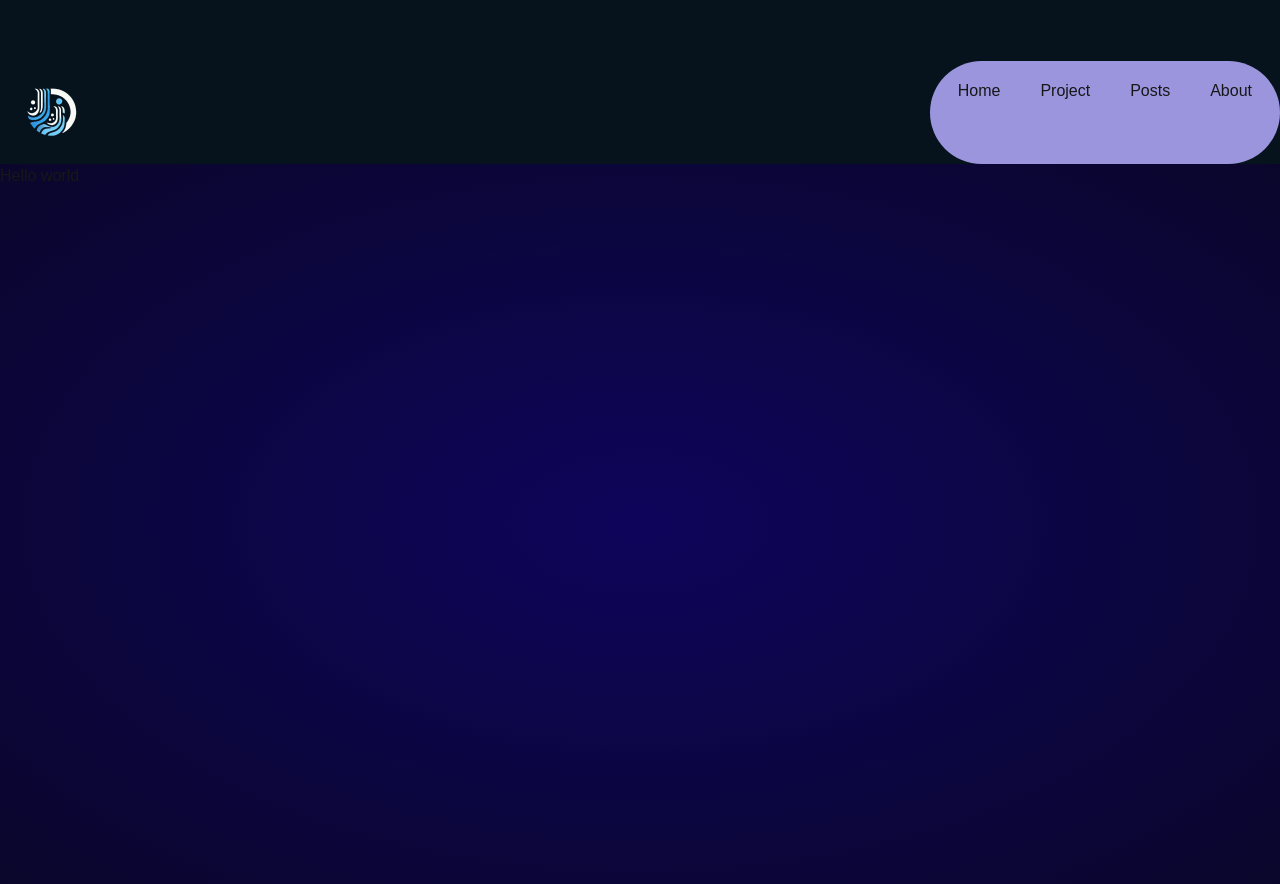
Repository: david-william19/david-william
Page: /
The author's editor kept a copy of each file at every save. The page is drawn from the files as they stood at one save, then again after a run of saves.
The browser window is 1280 px wide. The pictures show the whole page.
The project was rebuilt for these pictures with package versions that can differ from the ones it lists, and the page was loaded fresh each time. The framework's server and built-in components were replaced by stand-ins that run in the browser. Also part of the build but not shown: next.config.js, next.config.ts, vite.config.ts.

Above is the page before, as saved 2024-10-26 22:45:50.

After the next 2 saves:
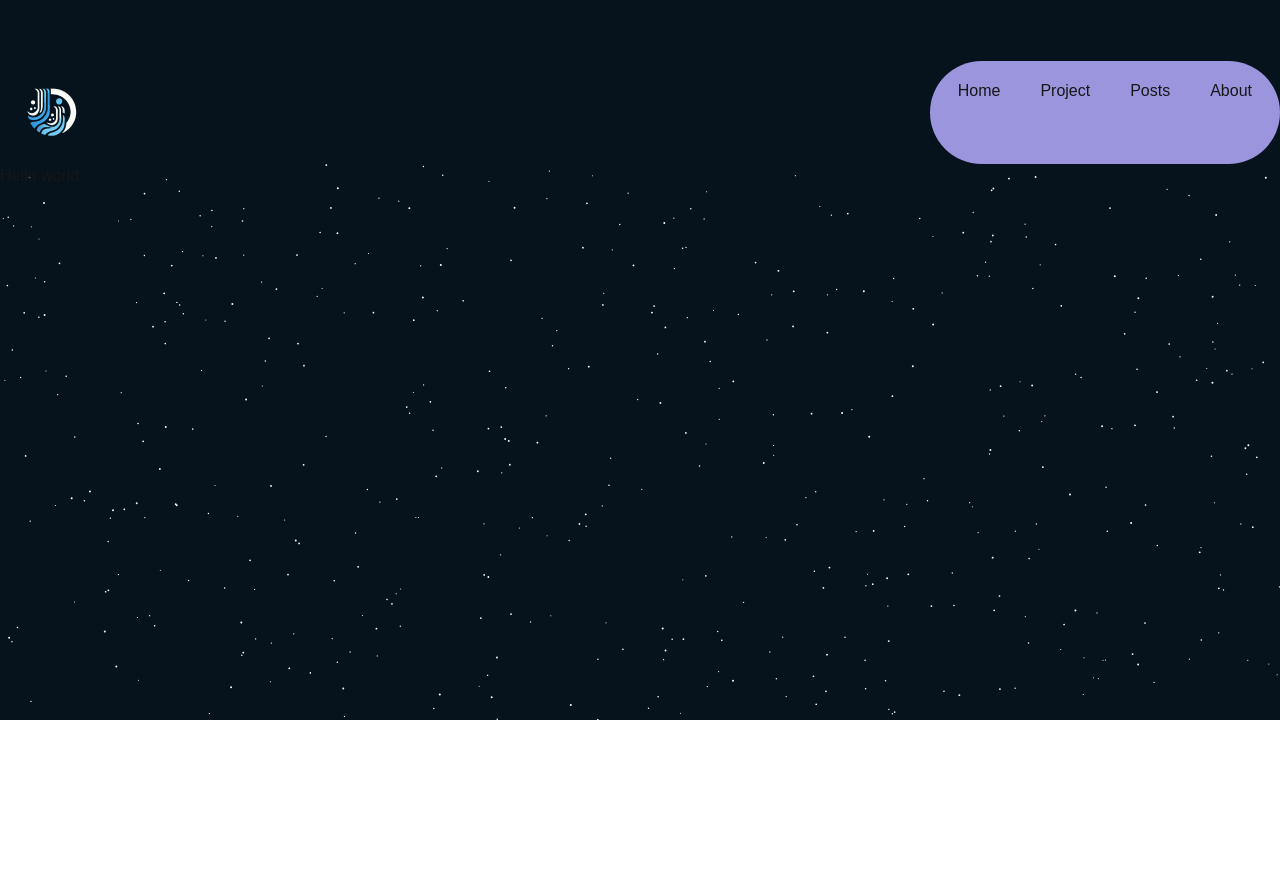
The 2 saves are shown as one change because they came seconds apart.
The last was saved 25 s later.
--- a/src/app/(home)/(page)/page.tsx
+++ b/src/app/(home)/(page)/page.tsx
@@ -1,6 +1,6 @@
 export default function Page() {
     return (
-        <div className="w-full min-h-screen bg-radial-space">
+        <div className="w-full min-h-screen bg-radial-space bg-stars">
             Hello world
         </div>
     );

After the save that followed:
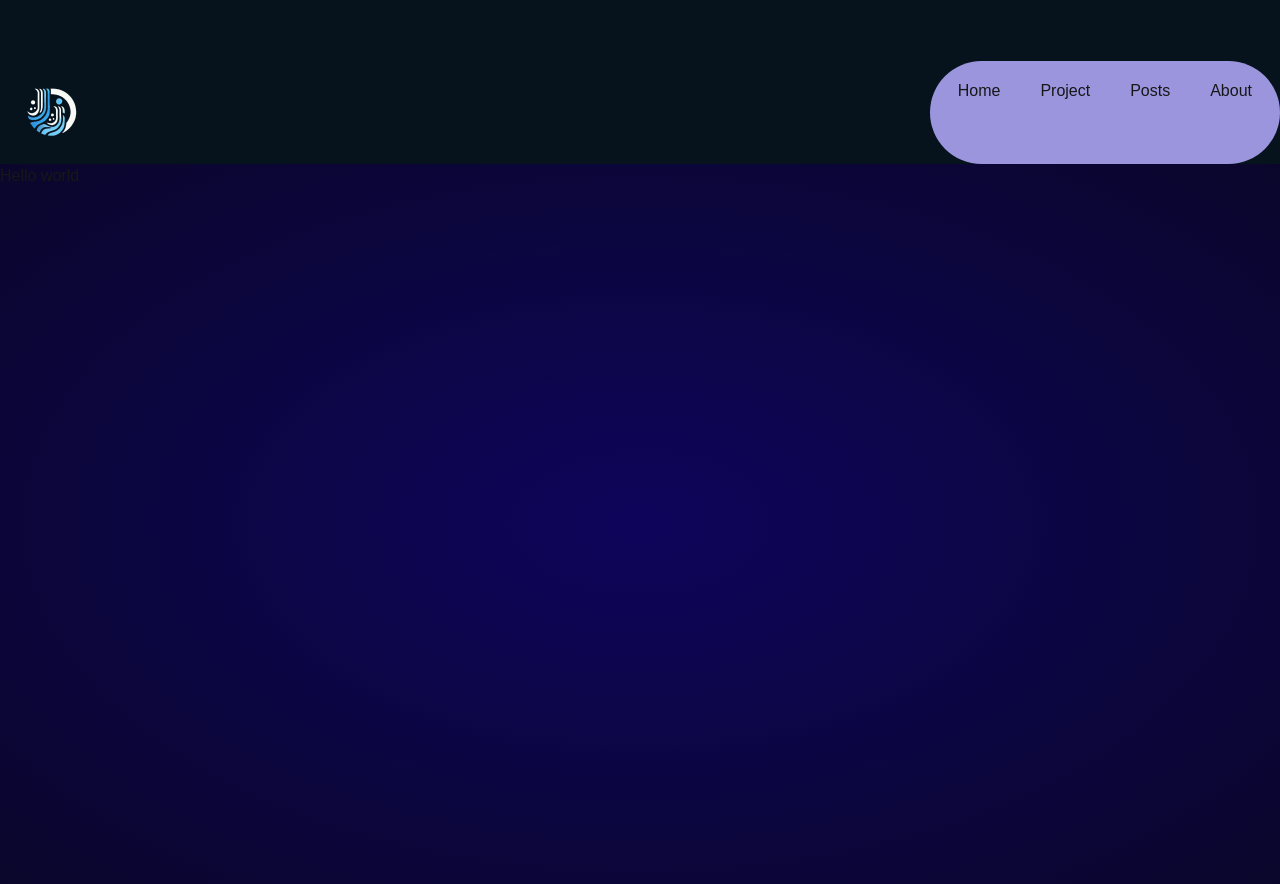
Saved 17 s later.
--- a/src/app/(home)/(page)/page.tsx
+++ b/src/app/(home)/(page)/page.tsx
@@ -1,6 +1,6 @@
 export default function Page() {
     return (
-        <div className="w-full min-h-screen bg-radial-space bg-stars">
+        <div className="w-full min-h-screen bg-radial-space">
             Hello world
         </div>
     );
